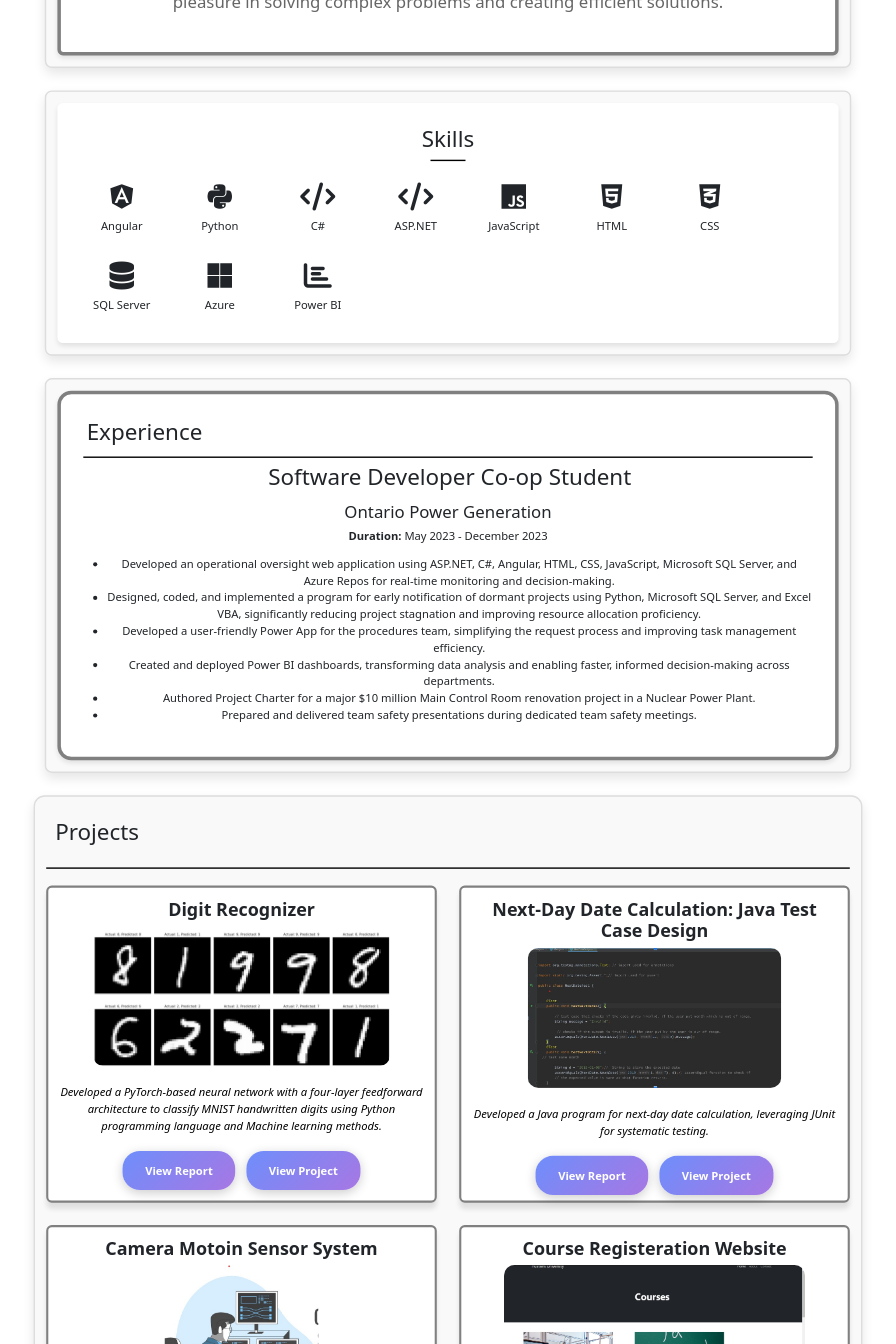
Repository: AkshatKapo/My-Portfolio
Page: /
These files come from the project's save history. The page is drawn as it stood at one moment and after the next save; the edit follows.
The browser window is 1280 px wide. The pictures show the part of the page from y = 843 to 2763 px (the page is 3260 px tall before and 3126 px after), at 70% of full size.
The project was rebuilt for these pictures with package versions that can differ from the ones it lists, and the page was loaded fresh each time. Also part of the build but not shown: vite.config.js.

Above is the page before, as saved 2024-06-15 16:28:29.

### index.html
<!DOCTYPE html>
<html lang="en">
  <head>
    <meta charset="UTF-8" />
    <link rel="stylesheet" href="https://cdnjs.cloudflare.com/ajax/libs/font-awesome/6.0.0-beta3/css/all.min.css">
    <link rel="stylesheet" href="https://maxcdn.bootstrapcdn.com/bootstrap/4.5.2/css/bootstrap.min.css">

    <meta name="viewport" content="width=device-width, initial-scale=1.0" />
    <title>Vite + React</title>
  </head>
  <body>
    <div id="root"></div>
    <script type="module" src="/src/main.jsx"></script>
  </body>
</html>

### src/main.jsx
import React from 'react'
import ReactDOM from 'react-dom/client'
import App from './App'
import './index.css'
import 'bootstrap/dist/css/bootstrap.min.css';


ReactDOM.createRoot(document.getElementById('root')).render(
  <React.StrictMode>
    <App />
  </React.StrictMode>,
)

### src/App.jsx
import { useEffect } from 'react';
import './App.css';
import Header from './components/Header';
import Home from './components/Home';
import About from './components/About';
import Experience from './components/Experience'; // Corrected import path
import Projects from './components/projects';
import Contact from './components/Contact';
import Skill from './components/skill'
function App() {
  useEffect(() => {
    function reveal() {
      let reveals = document.querySelectorAll(".reveal");// stores all the elements with class reveal into an array

      for (var i = 0; i < reveals.length; i++) { // iterates through reveals array, takes the each element with class reveals
        let windowHeight = window.innerHeight; // gets the height of the view port
        let elementTop = reveals[i].getBoundingClientRect().top;// gets the postion of the element relative to the view port
        let sectionHeight = reveals[i].offsetHeight;// calculates the hieght of the element
        let elementVisible = windowHeight - elementTop > 0 ? windowHeight - elementTop : 0;// calculates the porton  of the element visible(Dstance between the top of the view port  and bottom of visible part of  the element)
        let visibilityRatio = elementVisible / sectionHeight; // Fraction of the element visible

        if (visibilityRatio > 0.5) {  // if the visibility ratio is greater than half then it will make it visible
          reveals[i].classList.add("active");// add class actve to the element to make it visible
        } else { // if its less than 0.5 than it wll not display it or remove the class
          reveals[i].classList.remove("active");
        }
      }
    }

    window.addEventListener("scroll", reveal);// Add scroll as event listenere because wewe want to dsplay elements as user scrolls down

    // Call reveal initially to check the visibility of elements when the component mounts
    reveal();

    // Cleanup function to remove event listener when component unmounts
    return () => {
      window.removeEventListener("scroll", reveal);
    };
  }, []);


  return (
    <div>
      <Header />
      <Home />
      <About />
      <Skill />
      <Experience />
      <Projects />
      <Contact />

    </div>
  );
}

export default App;

/*
Mount: useEffect runs, reveal function defined and called, scroll event listener added.
Scroll: Each scroll triggers the reveal function to recalculate and update element visibility.
Unmount: Cleanup function removes the scroll event listener.
*/

### src/index.css
body {
    font-family: 'Segoe UI', Tahoma, Geneva, Verdana, sans-serif;
    background-color:#ccddff;
    color:black;
    margin: 0;
    padding: 0;
  }


  #root {
    display: flex;
    flex-direction: column;
    min-height: 100vh;
  }

### src/App.css
#root {
  max-width: 1280px;
  margin: 0 auto;
  padding: 2rem;
  text-align: center;
}
.reveal {
  opacity: 0;
  transform: translateY(100px);
  transition: opacity 0.6s ease-out, transform 0.6s ease-out;
}

.reveal.active {
  opacity: 1;
  transform: translateY(0);
}

### src/components/Header.jsx
import React from 'react'
import './Header.css'

const Header = () => {
  return (
    <header>
      <h1 className='title'>AK</h1>
      <nav>
        <ul>
          <li><a href="#home">Home</a></li>
          <li><a href="#about">About</a></li>
          <li><a href="#skills">Skills</a></li>
          <li><a href="#projects">Projects</a></li>
          <li><a href="/Akshat_Kapoor_Resume.pdf">Resume</a></li>
        </ul>
      </nav>
    </header>
  )
}

export default Header

### src/components/Home.jsx
import React from "react";
import "./Home.css";

const Home = () => {
  return (
    <div className="reveal">
      <section id="home">
        <div className="home-content">
          <div className="text-content">
            <h3>Hello, I'm</h3>
            <h1>Akshat Kapoor</h1>
            <h4>A fourth year Software Engineering student</h4>
            <div className="social-icons">
              <a href="https://github.com/yourusername" target="_blank" rel="noopener noreferrer">
                <i className="fab fa-github"></i>
              </a>
              <a href="https://www.linkedin.com/in/yourusername" target="_blank" rel="noopener noreferrer">
                <i className="fab fa-linkedin"></i>
              </a>
              <a href="mailto:youremail@gmail.com" target="_blank" rel="noopener noreferrer">
                <i className="fas fa-envelope"></i>
              </a>
            </div>
          </div>
          <div className="separator"></div>  {/* Added separator */}
          <div className="image-content">
            <img
              src="/mnt/data/image.png"
              alt="Akshat Kapoor"
              className="profile-image"
            />
          </div>
        </div>
      </section>
    </div>
  );
};

export default Home;

### src/components/About.jsx
import React from 'react';
import './About.css';

function About() {
  return (
    <section id="about">
      <div id='about-content'>
       <h2>About Me</h2>
       <div className='seperator'>


       </div>
       <p>I am a dedicated and passionate fourth-year Software Engineering student at Ontario Tech University. Over the years, I've developed my skills in various programming languages and technologies. I enjoy working on different projects and expanding my knowledge. I also take pleasure in solving complex problems and creating efficient solutions. </p>
      </div>
    </section>
  );
}

export default About;

### src/components/Experience.jsx
import React from 'react'
import './Experience.css'

const Experience = () => {
  return (
    <div className="reveal">
      <section id="experience">
        <div id="experience-content">
          <h2>Experience</h2>
          <div className="divider1"></div>
          <div>
            <h3>Software Developer Co-op Student</h3>
            <h4>Ontario Power Generation</h4>
            <p>
              <strong>Duration:</strong> May 2023 - December 2023
            </p>
            <ul>
              <li>Developed an operational oversight web application using ASP.NET, C#, Angular, HTML, CSS, JavaScript, Microsoft SQL Server, and Azure Repos for real-time monitoring and decision-making.</li>
              <li>Designed, coded, and implemented a program for early notification of dormant projects using Python, Microsoft SQL Server, and Excel VBA, significantly reducing project stagnation and improving resource allocation proficiency.</li>
              <li>Developed a user-friendly Power App for the procedures team, simplifying the request process and improving task management efficiency.</li>
              <li>Created and deployed Power BI dashboards, transforming data analysis and enabling faster, informed decision-making across departments.</li>
              <li>Authored Project Charter for a major $10 million Main Control Room renovation project in a Nuclear Power Plant.</li>
              <li>Prepared and delivered team safety presentations during dedicated team safety meetings.</li>
            </ul>
          </div>
        </div>
      </section>
    </div>
  )
}

export default Experience

### src/components/Contact.jsx
import React from "react";
import "./Contact.css";

const Contact = () => {
  return (
    <footer id="footer">
      <div className="footer-content">
        <ul className="footer-icons">
          <li>
            <a
              href="https://github.com/yourusername"
              target="_blank"
              rel="noopener noreferrer"
            >
              <i className="fab fa-github"></i>
            </a>
          </li>
          <li>
            <a
              href="https://www.linkedin.com/in/yourusername"
              target="_blank"
              rel="noopener noreferrer"
            >
              <i className="fab fa-linkedin"></i>
            </a>
          </li>
          <li>
            <a
              href="mailto:youremail@gmail.com"
              target="_blank"
              rel="noopener noreferrer"
            >
              <i className="fas fa-envelope"></i>
            </a>
          </li>
        </ul>

      </div>
      <p className="footer-copy">© 2024 Akshat Kapoor</p>
    </footer>
  );
};

export default Contact;

### src/components/skill.jsx
import React from 'react'
import './skill.css'

const skills = [
    { name: "Angular", icon: "fab fa-angular" },
    { name: "Python", icon: "fab fa-python" },
    { name: "C#", icon: "fas fa-code" },
    { name: "ASP.NET", icon: "fas fa-code" },
    { name: "JavaScript", icon: "fab fa-js" },
    { name: "HTML", icon: "fab fa-html5" },
    { name: "CSS", icon: "fab fa-css3-alt" },
    { name: "SQL Server", icon: "fas fa-database" },
    { name: "Azure", icon: "fab fa-microsoft" },
    { name: "Power BI", icon: "fas fa-chart-bar" },
  ];

function skill() {
  return (
    <div className="reveal">
      <section id="skills">
        <div className="skills-content">
          <h2>Skills</h2>
          <div className="separator"></div>
          <div className="skills-list">
            {skills.map((skill) => (
              <div className="skill" key={skill.name}>
                <i className={skill.icon}></i>
                <p>{skill.name}</p>
              </div>
            ))}
          </div>
        </div>
      </section>
    </div>
  )
}

export default skill

### src/components/Header.css
header {
  background-color: #333;
  color: white;
  padding: 2%;
  display: flex;
  justify-content: space-between;
  align-items: center;

    /* text-align: center; */
  }
  .title {
    font-family: 'Helvetica', sans-serif;
    font-size: 50px;
    background:white;
    -webkit-background-clip: text;
    color: transparent;
  }


  nav ul {
    list-style-type: none;
    padding: 0;
    margin: 0;
    display: flex;
  }

  nav ul li {
    margin: 0 1rem;
  }

  nav ul li a {
    color: white;
    text-decoration: none;
    font-size: 150%;
  }

### src/components/Home.css
@import url('https://fonts.googleapis.com/css2?family=Roboto:wght@300;400;700&display=swap');

#home {
  padding: 1rem;
  display: flex;
  justify-content: center;
  align-items: center;
  background-color: #f9f9f9;
  border: 2px solid #ddd; /* Light border */
  border-radius: 10px; /* Rounded corners */
  margin: 2rem; /* Margin to ensure it doesn’t touch the edges of the container */

}

.home-content {
  display: flex;
  justify-content: space-between;
  width: 100%;
  max-width: 1200px; /* Adjust the max-width as needed */
  background: #fff; /* Background for the content */
  padding: 2rem; /* Padding around the content */
  box-shadow: 0 4px 8px rgba(0, 0, 0, 0.1); /* Shadow for styling */
  border-radius: 8px; /* Rounded corners */
}

.text-content {
  flex: 1;
  padding-right: 1rem;
  font-family: 'Roboto', sans-serif;

}

.text-content h2 {
  font-size: 2.5rem; /* Adjust the font size as needed */
  font-weight: 900;
  color: #333;
  margin-bottom: 1rem;

}

.text-content p {
  font-size: 1rem; /* Adjust the font size as needed */
  line-height: 1.6; /* Adjust the line height as needed */
  color: #666;
  font-weight: 300;
}

.separator {
  width: 1px;
  background-color: #333;
  height: 250px; /* Adjust the height as needed */
}

.image-content {
  flex: 1;
  display: flex;
  justify-content: center;
}

.profile-image {
  width: 250px;
  height: 250px;
  border-radius: 50%;
  object-fit: cover;
 }

 .social-icons {
  display: flex;
  gap: 30px; /* Adjust the spacing between icons */
  justify-content: center;
}

.social-icons a {
  color: #000; /* Change the color if needed */
  text-decoration: none;
}

.social-icons .icon {
  width: 40px; /* Adjust the size of the icons */
  height: 40px; /* Adjust the size of the icons */
}

.social-icons i {
  font-size: 40px; /* Adjust the size of the font-awesome icons */
}

/* Add hover effect if desired */
.social-icons a:hover {
  opacity: 0.7; /* Example hover effect */
}

### src/components/About.css
#about {
  padding: 1rem;
  display: flex;
  background-color: #f9f9f9;
  border: 2px solid #ddd; /* Light border */
  border-radius: 10px; /* Rounded corners */
  box-shadow: 0 8px 16px rgba(0, 0, 0, 0.1); /* Shadow for depth */
  margin: 2rem; /* Margin to ensure it doesn’t touch the edges of the container */



}
#about-content {
  display: table-column;
  justify-content: space-between;
  width: 100%;
  max-width: 1200px; /* Adjust the max-width as needed */
  background: #fff; /* Background for the content */
  padding: 2rem; /* Padding around the content */
  box-shadow: 0 4px 8px rgba(0, 0, 0, 0.1); /* Shadow for styling */
  border-radius: 8px; /* Rounded corners */
}


#about h2 {
  font-size: 2rem;
  text-align: left; /* This will align the heading to the left */
  margin-bottom: 1rem; /* Adding some space between the heading and the paragraph */
  margin-top: 0.2rem;
  margin-left: 0.3rem;


}
.seperator {
  border-top: 2px solid black;
  width: 100%; /* Adjust as needed */
  margin: 20px 3; /* Adjust as needed */
}

#about p {
  font-size: 1.5rem; /* Adjust the font size as needed */
  line-height: 2; /* Adjust the line height as needed */
  color: #666;
  font-weight: 300;
  }
#about {
  padding: 1rem;
  display: flex;
  background-color: #f9f9f9;
  border: 2px solid #ddd; /* Light border */
  border-radius: 10px; /* Rounded corners */
  box-shadow: 0 8px 16px rgba(0, 0, 0, 0.1); /* Shadow for depth */
  margin: 2rem; /* Margin to ensure it doesn’t touch the edges of the container */



}
#about-content {
  display: table-column;
  justify-content: space-between;
  width: 100%;
  max-width: 1200px; /* Adjust the max-width as needed */
  background: #fff; /* Background for the content */
  padding: 2rem; /* Padding around the content */
  box-shadow: 0 4px 8px rgba(0, 0, 0, 0.1); /* Shadow for styling */
  border-radius: 8px; /* Rounded corners */
  border: 5px solid grey

}


#about h2 {
  font-size: 2rem;
  text-align: left; /* This will align the heading to the left */
  margin-bottom: 1rem; /* Adding some space between the heading and the paragraph */
  margin-top: 0.2rem;
  margin-left: 0.3rem;


}
.seperator {
  border-top: 2px solid black;
  width: 100%; /* Adjust as needed */
  margin: 20px 3; /* Adjust as needed */
}

#about p {
  font-size: 1.5rem; /* Adjust the font size as needed */
  line-height: 2; /* Adjust the line height as needed */
  color: #666;
  font-weight: 300;
  }

### src/components/Experience.css
#experience {
  padding: 1rem;
  display: flex;
  background-color: #f9f9f9;
  border: 2px solid #ddd; /* Light border */
  border-radius: 10px; /* Rounded corners */
  box-shadow: 0 8px 16px rgba(0, 0, 0, 0.1); /* Shadow for depth */
  margin: 2rem; /* Margin to ensure it doesn’t touch the edges of the container */
  }
  #experience-content{
    display: table-column;
    justify-content: space-between;
    width: 100%;
    max-width: 1200px; /* Adjust the max-width as needed */
    background: #fff; /* Background for the content */
    padding: 2rem; /* Padding around the content */
    box-shadow: 0 4px 8px rgba(0, 0, 0, 0.1); /* Shadow for styling */
    border-radius: 20px; /* Rounded corners */
    border: 5px solid grey;
  }
  #experience h2 {
    font-size: 2rem;
    text-align: left; /* This will align the heading to the left */
    margin-bottom: 1rem; /* Adding some space between the heading and the paragraph */
    margin-top: 0.2rem;
    margin-left: 0.3rem;

  }
  .divider1 {
    border-top: 2px solid black;
    width: 100%; /* Adjust as needed */
    margin: 20px 3; /* Adjust as needed */
  }
  #experience h3 {
    font-size: 2rem;
    text-align: center;
    margin-bottom: 1rem; /* Adding some space between the heading and the paragraph */
    margin-top: 0.5rem;
    margin-left: 0.3rem;

  }
  .experience-content ul {
    list-style-type: disc; /* or another type of bullet, like circle or square */
    margin-left: 20px;
  }

  .experience-content li {
    margin-bottom: 10px;
  }

### src/components/Contact.css
#footer {
  background-color: #333;
  padding: 1rem 0;
  text-align: center;
  color: white;
}

.footer-content {
  display: flex;
  justify-content: center;
  align-items: center;
  margin-bottom: 1rem;
}

.footer-icons {
  list-style: none;
  padding: 0;
  margin: 0;
  text-align: center;
}

.footer-icons li {
  display: inline-block;
  margin: 0 20px; /* Increased margin for more gap between icons */
}

.footer-icons li a {
  color: grey; /* Change color as needed */
  font-size: 40px; /* Adjust size as needed */
  text-decoration: none;
}

.footer-icons li a:hover {
  color: #007bff; /* Change color on hover as needed */
}
.footer-copy {
  margin-top: 1rem;
  font-size: 16px;
  color: #aaa;
}

### src/components/skill.css
#skills {

    padding: 1rem;
    display: flex;
    background-color: #f9f9f9;
    border: 2px solid #ddd; /* Light border */
    border-radius: 10px; /* Rounded corners */
    box-shadow: 0 8px 16px rgba(0, 0, 0, 0.1); /* Shadow for depth */
    margin: 2rem; /* Margin to ensure it doesn’t touch the edges of the container */


}


.skills-content {
    display: table-column;
    justify-content: space-between;
    width: 100%;
    max-width: 1200px; /* Adjust the max-width as needed */
    background: #fff; /* Background for the content */
    padding: 2rem; /* Padding around the content */
    box-shadow: 0 4px 8px rgba(0, 0, 0, 0.1); /* Shadow for styling */
    border-radius: 8px; /* Rounded corners */
  }

  .skills-list {
    display: flex;
    flex-wrap: wrap;
    gap: 20px;
  }


  .skill {
    display: flex;
    flex-direction: column;
    align-items: center;
    width: 100px;
    margin: 10px;
  }

  .skill i {
    font-size: 40px;
    margin-bottom: 10px;
  }

  .skill p {
    font-size: 16px;
    margin: 0;
  }

  .separator {
    height: 2px;
    width: 50px;
    background-color: #000;
    margin: 10px auto 20px;
  }

Loaded but not shown: src/components/projects.css (103 lines, source omitted); src/components/projects.jsx (77 lines, source omitted)

After the next save:
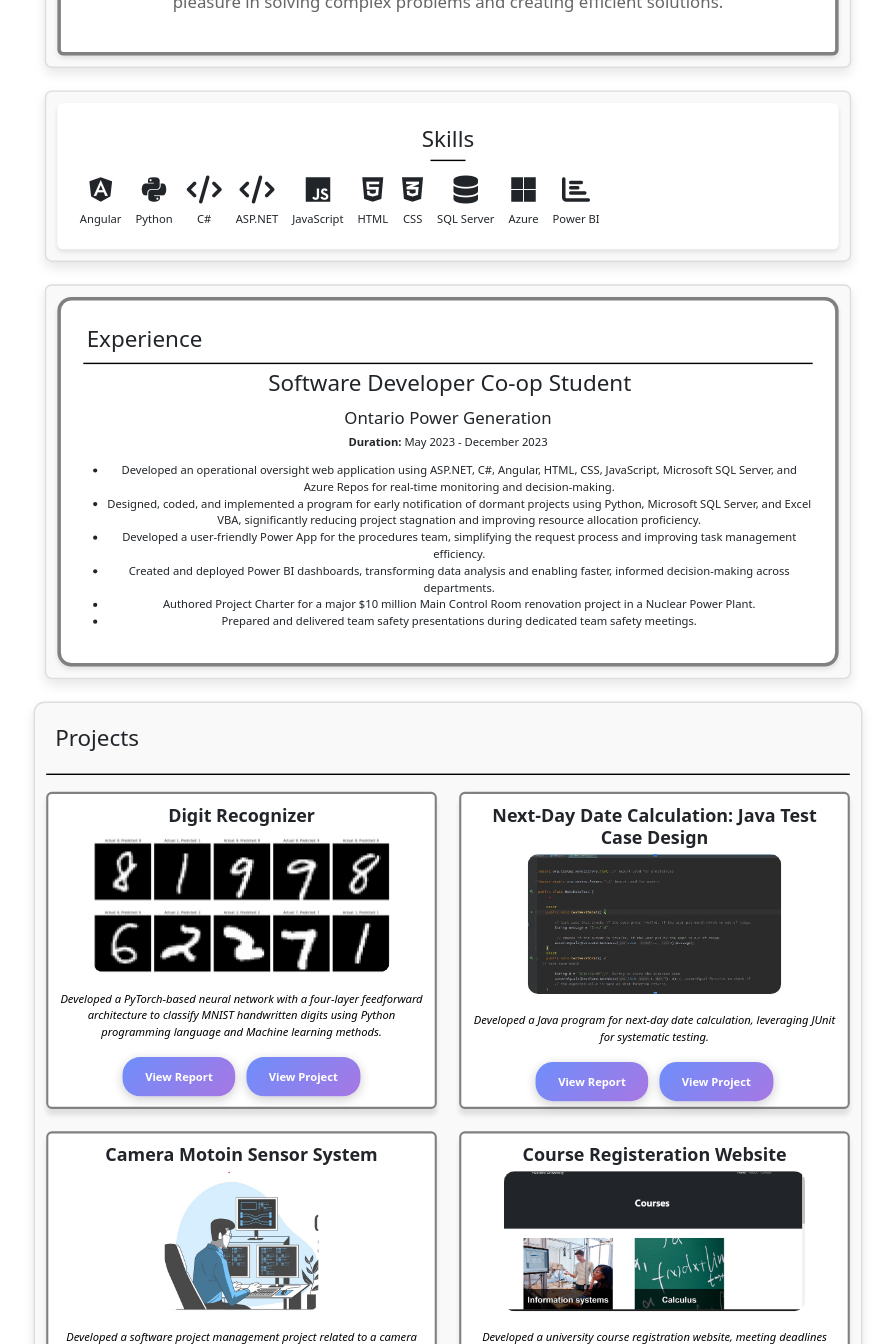
Saved 12 s later.
--- a/src/components/skill.css
+++ b/src/components/skill.css
@@ -29,7 +29,7 @@
     gap: 20px;
   }
 
-
+  #skil
   .skill {
     display: flex;
     flex-direction: column;

After the save that followed:
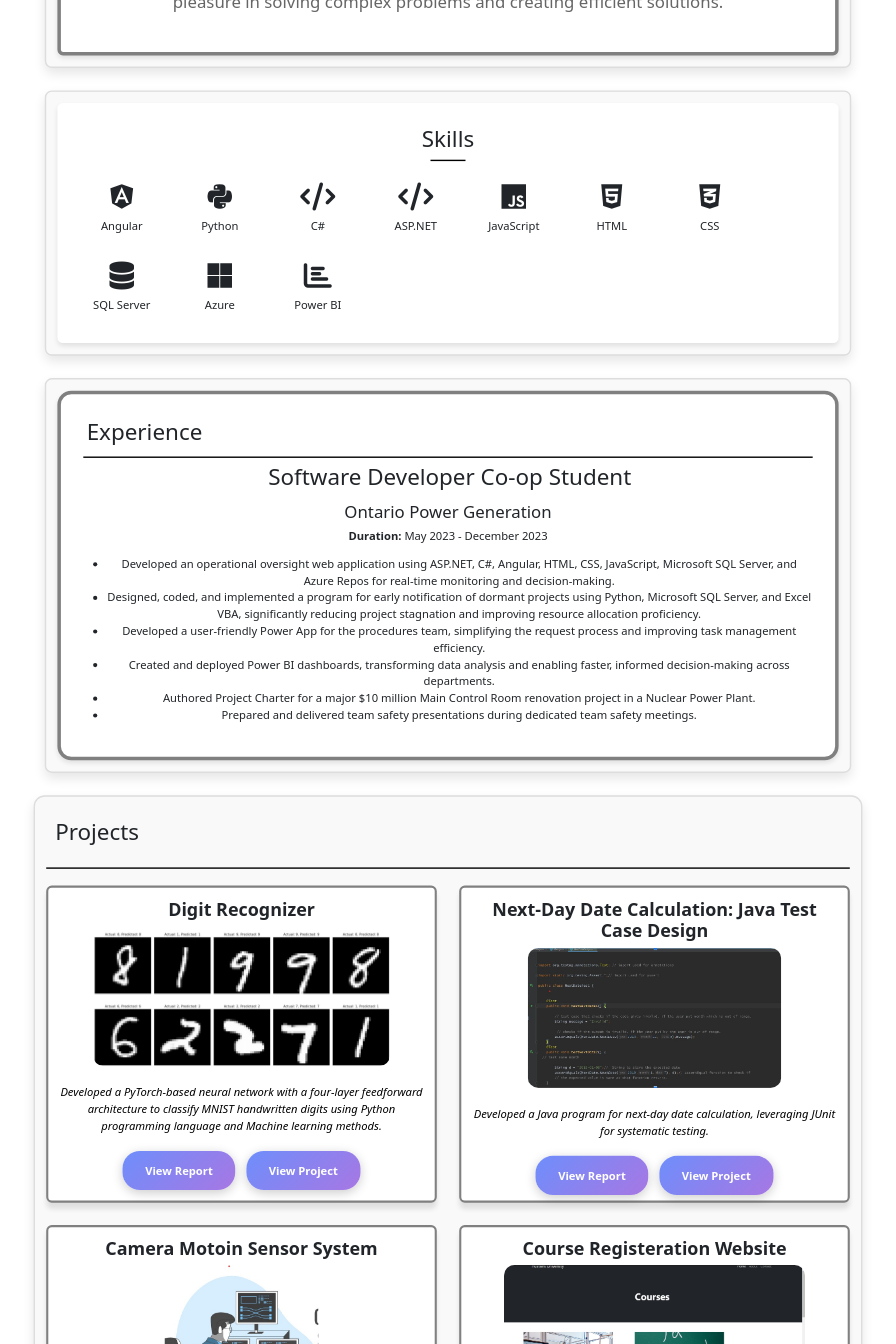
Saved 7 s later.
--- a/src/components/skill.css
+++ b/src/components/skill.css
@@ -29,7 +29,7 @@
     gap: 20px;
   }
 
-  #skil
+  #skills
   .skill {
     display: flex;
     flex-direction: column;
